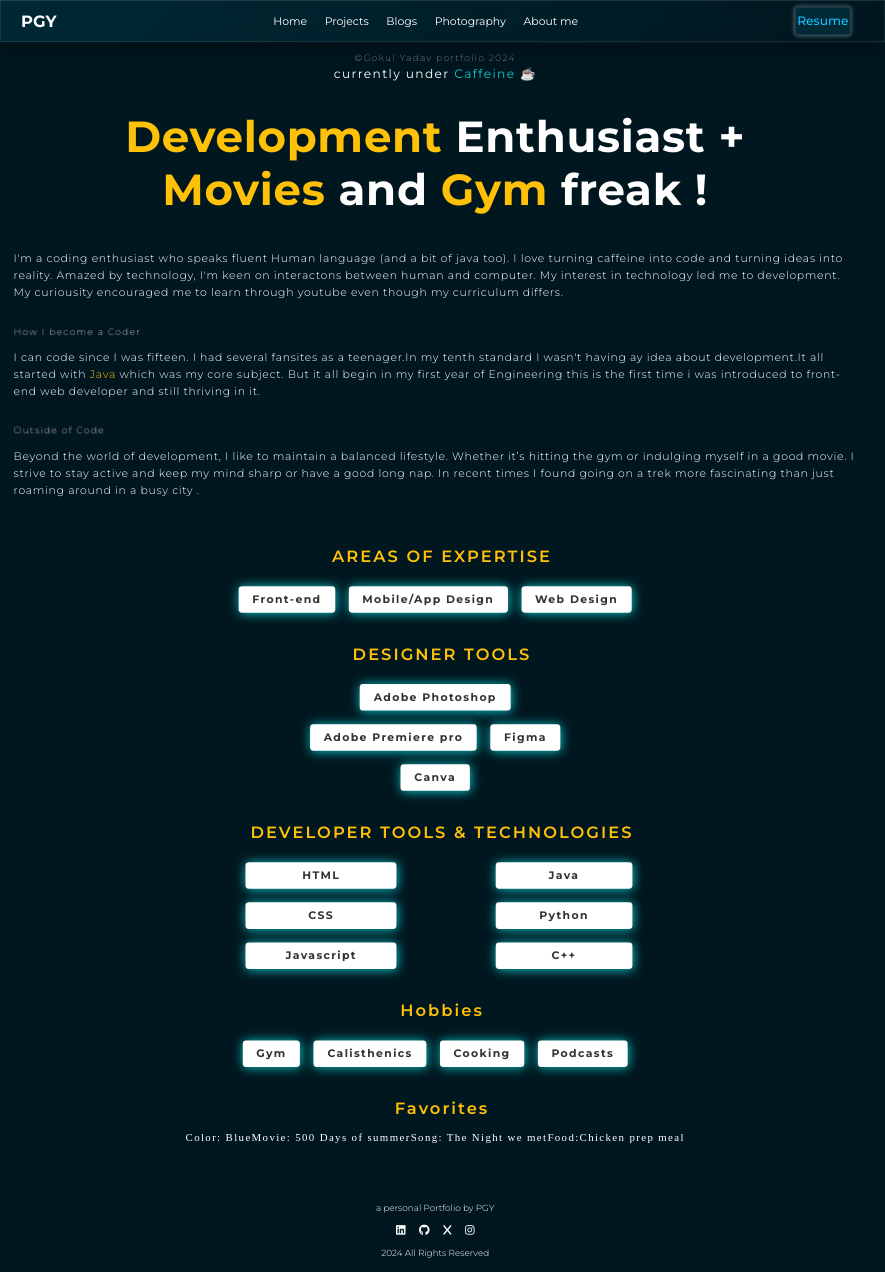
Repository: pgyunknown/pgyunknown
Page: aboutme.html
The author's editor kept a copy of each file at every save. The page is drawn from the files as they stood at one save, then again after a run of saves.
The browser window is 1280 px wide. The page is 1302 px wide, so the pictures cover 1302 px, including what lies to the right of the window. The pictures show the whole page, at 68% of full size.
Some web libraries are served in a nearby version.

Above is the page before, as saved 2024-08-25 14:46:45.

### aboutme.html
<!DOCTYPE html>
<html lang="en">
<head>
    <meta charset="UTF-8">
    <meta name="viewport" content="width=device-width, initial-scale=1.0">
    <title>Personal portfolio</title>
    <link rel="stylesheet" href="aboutme.css">
    <link rel="preconnect" href="https://fonts.googleapis.com">
<link rel="preconnect" href="https://fonts.gstatic.com" crossorigin>
<link href="https://fonts.googleapis.com/css2?family=Libre+Baskerville:ital,wght@0,400;0,700;1,400&family=Montserrat:ital,wght@0,100..900;1,100..900&family=Titillium+Web:ital,wght@0,200;0,300;0,400;0,600;0,700;0,900;1,200;1,300;1,400;1,600;1,700&display=swap" rel="stylesheet">
<link rel="stylesheet" href="https://cdnjs.cloudflare.com/ajax/libs/font-awesome/6.6.0/css/all.min.css" integrity="sha512-Kc323vGBEqzTmouAECnVceyQqyqdsSiqLQISBL29aUW4U/M7pSPA/gEUZQqv1cwx4OnYxTxve5UMg5GT6L4JJg==" crossorigin="anonymous" referrerpolicy="no-referrer" />
</head>
<body>

    <header class="h">
        <div class="pgy_con">
                <div class="pgy"><a href="#">PGY</a></div>
        </div>
        <nav>
                <div class="nav_bar">
                <a href="index.html" id="home">Home</a>
                <a href="project.html"id="projects">Projects</a>
                <a href="blog.html"id="blogs">Blogs</a>
                <a href="photography.html"id="photo">Photography</a>
                <a href="aboutme.html"id="About">About me</a>
                </div>
            </nav>
        <div class="resume_con">
                <button onclick="alert('Resume yet to be uploaded')">Resume</button>
        </div>
    </header>

    <main>
        <div class="caption">
        <div class="caption1"><p><span>&#169;</span>Gokul Yadav portfolio 2024</p></div>
        <div class="caption2"><p>currently under <span>Caffeine</span> &#9749</p></div>
    </div>

    <div class="about">
        <div class="about1"><h1><span>Development</span> Enthusiast +</h1></div>
        <div class="about2"><h1><span>Movies</span> and <span>Gym</span> freak !</h1></div>
    </div>

    <div class="aboutme">
        <p>I'm a coding enthusiast who speaks fluent Human language (and a bit of java too). I love turning caffeine into code and turning ideas into reality. Amazed by technology, I'm keen on interactons between human and computer. My interest in technology led me to development. My curiousity encouraged me to learn through youtube even though my curriculum differs.</p><br><br>
        <h5>How I become a Coder</h5><br>
        <p>I can code since I was fifteen. I had several fansites as a teenager.In my tenth standard I wasn't having ay idea about development.It all started with <span>Java</span> which was my core subject. But it all begin  in my first year of Engineering this is the first time i was introduced to front-end web developer and still thriving in it.</p><br><br>
        <h5>Outside of Code</h5><br>
        <p>Beyond the world of development, I like to maintain a balanced lifestyle. Whether it’s hitting the gym or indulging myself in a good movie. I strive to stay active and keep my mind sharp or have a good long nap. In recent times I found going on a trek more fascinating than just roaming around in a  busy city .</p>

    </div>

    <div class="container">
        <div class="heading">
            <h1>AREAS OF EXPERTISE</h1>
        </div>
        <div class="areas">
            <ul>
                <li>Front-end</li>
                <li>Mobile/App Design</li>
                <li>Web Design</li>
            </ul>
        </div><br><br>
        <div class="heading">
            <h1>DESIGNER TOOLS</h1>
        </div>
        <div class="tools">
            <div class="column">
                <ul>
                    <li>Adobe Photoshop</li>
                    <li>Adobe Premiere pro</li>
                    <li>Figma</li>
                    <li>Canva</li>
                </ul>
            </div>
            <!-- <div class="column">
                <ul>
                    <li>Adobe Illustrator</li>
                    <li>Adobe InDesign</li>
                    <li>FigJam</li>
                    <li>Zeplin</li>
                    <li>SketchUp</li>
                </ul>
            </div> -->
        </div><br><br>
        <div class="heading">
            <h1>DEVELOPER TOOLS & TECHNOLOGIES</h1>
        </div>
        <div class="technologies">
            <div class="column">
                <ul>
                    <li>HTML</li>
                    <li>CSS</li>
                    <li>Javascript</li>
                </ul>
            </div>
            <div class="column">
                <ul>
                    <li>Java</li>
                    <li>Python</li>
                    <li>C++</li>
                </ul>
            </div>
        </div><br><br>

                <div class="heading">
            <h1>Hobbies</h1>
        </div>
        <div class="areas">
            <ul>
                    <li>Gym</li>
                    <li>Calisthenics</li>
                    <li>Cooking</li>
                    <li>Podcasts</li>
            </ul>
        </div><br><br>

        <div class="heading">
            <h1>Favorites</h1>
        </div>
        <div class="fav">
            <ul>
                    <li>Color: Blue</li>
                    <li>Movie: 500 Days of summer</li>
                    <li>Song: The Night we met</li>
                    <li>Food:Chicken prep meal</li>
            </ul>
        </div><br><br>
    </main>

    <footer>
        <div class="footer_port">a personal Portfolio by PGY</div>
        <div class="footer_icons">
            <a href="https://www.linkedin.com/in/p-gokul-yadav-82548a295?utm_source=share&utm_campaign=share_via&utm_content=profile&utm_medium=android_app" alt="Gokul's linkedin profile" target="_blank"><i class="fa-brands fa-linkedin"></i></a>
            <a href="https://github.com/pgyunknown" alt="Gokul Github profile" target="_blank" alt="Gokul's Github profile" ><i class="fa-brands fa-github"></i></a>
            <a href=" https://x.com/cody_hunk?t=EkARfGCWhhBT_BHbby4DGw&s=08 " target="_blank" alt="Gokul's X profile" ><i class="fa-brands fa-x" ></i></a>
            <a href="#" target="_blank" alt="Gokul's fa-instagram profile" ><i class="fa-brands fa-instagram" ></i></a>
        </div>
        <div class="copyrights">2024 All Rights Reserved</div>
    </footer>

### aboutme.css
*{margin: 0px;
    padding: 0px;
}
body{
    background-color: #00171F;
    color: white;
    box-sizing: border-box;


}
a{
    text-decoration: none;
    color: inherit;
}

header{
    display: flex;
    justify-content: space-between;
    align-items: center;
    padding: 10px;
    /* Glassy effect */
    background: linear-gradient(135deg, rgba(0, 200, 255, 0.1), rgba(255, 255, 255, 0));
    backdrop-filter: blur(10px);
    -webkit-backdrop-filter: blur(10px);
    border:1px solid rgba(255, 255, 255, 0.18);
    box-shadow: 0 8px 32px 0 rgba(0, 0, 0, 0.37);
    overflow: hidden;
    position: sticky; /* Set the navbar to fixed position */
    top: 0; /* Position the navbar at the top of the page */
    height: 40px;
    width: 100%;
}

.pgy_con
{
    margin-left: 20px;
    font-family: "Montserrat", sans-serif;
    font-optical-sizing: auto;
    font-size: x-large;
    font-weight: 700;
    font-style: normal;
    align-items: end;

}

.pgy_con .pgy a{
    text-decoration: none;
}
.nav_bar {
        /* height: 50px; */
    width: 500px;
    display: flex;
    justify-content: space-evenly;
    transition-property: all;
    transition-timing-function: ease-in-out;
    transition-delay: 1s;
}

.nav_bar a{
    box-sizing: border-box;
    font-family: "Montserrat", sans-serif;
    font-optical-sizing: auto;
    font-weight: 400;
    font-style: normal;
    text-decoration: none;
    justify-content: space-around;
    align-items: center;
    padding-top:10px;
    padding-bottom :10px;
    /* padding-right:10px ;
    padding-left:10px ; */
}

.nav_bar a:hover{
    color: #FFC107;
    text-shadow: #FFC107 0px 0px  1px;
    border-bottom: 0.5px solid #FFC107;


}


.resume_con {
    display: flex;
    justify-content: center;
    margin-right: 20px;
    background-color: #00171F;
    margin-right: 40px;
}
.resume_con button{
    background-color:rgba(0, 200, 255, 0.1);
    box-sizing: content-box;
    height: 2.5rem;
    width: 5rem;
    font-family: "Montserrat", sans-serif;
    font-optical-sizing: auto;
    font-size: large;
    font-weight: 500;
    font-style: normal;
    color: #1ABEFF;
    border: 0.0001px solid #3c555f;
    border-radius: 0.3rem;
    box-shadow: 0px 0px 5px 2px #3c555f;

}

main{
    height: 100%;
    width: 100%;
    position: relative;
}
main .caption{
    line-height: 25px;
    letter-spacing: 2px;
    display: flex;
    flex-direction:column;
    justify-content: top;
    align-items: center;
    margin: 10px;
    padding-bottom: 30px;
    /* color: #1ABEFF;
    border: 0.0001px solid #3c555f;
    border-radius: 0.3rem;
    box-shadow: 0px 0px 5px 2px #3c555f; */

}

main .caption .caption1{
    font-family: "Montserrat", sans-serif;
    font-optical-sizing: auto;
    font-size: smaller;
    font-weight: 100;
    font-style: normal;
}

main .caption .caption2{
    font-family: "Montserrat", sans-serif;
    font-optical-sizing: auto;
    font-size: large;
    font-weight: 400;
    font-style: normal;
}

main .caption .caption2 span{
    color: #0ecad0;
}

main .about{
    display: flex;
    flex-direction:column;
    justify-content: top;
    align-items: center;
    margin: 10px;
    padding-bottom: 30px;
    letter-spacing: 1px;

    font-family: "Montserrat", sans-serif;
    font-optical-sizing: auto;
    font-size: xx-large;
    font-weight: 400;
    font-style: normal;
}

main .aboutme{
    margin: 20px;
}
main .about span{
    color: #FFC107;
}

main .aboutme h5{
    font-family: "Montserrat", sans-serif;
    font-optical-sizing: auto;
    font-size: light;
    font-weight: 100;
    font-style: normal;
    letter-spacing: 2px;
    text-shadow: 1px 1px 2px pink;
}
main .aboutme p{
    letter-spacing: 1px;
    line-height: 25px;

    font-family: "Montserrat", sans-serif;
    font-optical-sizing: auto;
    font-size: normal;
    font-weight: 300;
    font-style: normal;
}

main .aboutme span{
    color: #FFC107;
}

.container {
    width: 80%;
    margin: 0 auto;
    padding: 50px 0;
    text-align: center;
}
.heading {
    margin-bottom: 20px;
}
.heading h1 {
    letter-spacing: 3px;
    color: #FFC107;
    font-size: 24px;
    margin-left: 20px;
    font-family: "Montserrat", sans-serif;
    font-optical-sizing: auto;
    font-size: x-large;
    font-weight: 600;
    font-style: normal;
    align-items: end;

}
.areas ul,
.tools ul,
.technologies ul {
    list-style: none;
    padding: 0;
    margin: 0;
    display: flex;
    flex-direction: row;
    flex-wrap: wrap;
    justify-content: center;
    letter-spacing: 2px;

        /* font-size: 24px;
    margin-left: 20px; */
    font-family: "Montserrat", sans-serif;
    font-optical-sizing: auto;
    font-size: normal;
    font-weight: 700;
    font-style: bold;
}
.areas li,
.tools li,
.technologies li {
    background-color: #fff;
    padding: 10px 20px;
    margin: 10px;
    border-radius: 5px;
    color: #333;
    box-shadow: 1px 1px 15px #0ecad0;
}
.tools,
.technologies {
    display: flex;
    justify-content: center;
    align-items: center;
}
.tools .column,
.technologies .column li{
    width: 48%;
    display: flex;
    flex-direction: column;
}
.designed {
    margin-top: 50px;
    font-size: 14px;
    color: #666;
}

.fav ul{
        list-style: none;
    padding: 0;
    margin: 0;
    display: flex;
    flex-direction: row;
    flex-wrap: wrap;
    justify-content: center;
    letter-spacing: 2px;
}

.fav li{

}

footer{
    display: flex;
    flex-direction:column;
    justify-content: space-evenly;
    align-items: center;
    margin-bottom: 20px;

    font-family: "Montserrat", sans-serif;
    font-optical-sizing: auto;
    font-size: small;
    font-weight: 300;
    font-style: normal;
}

.footer_icons{
    display: flex;
    justify-content: center;
    align-items: center;
    width: 50px;
    height: 50px;
}



.copyrights{
    display: flex;
    justify-content: center;
    align-items: center;
}

.footer_icons a{
font-size: medium;
padding: 10px;
width: 50px;
height: 50px;
display: flex;
justify-content: center;
align-items: center;

}

After the next 2 saves:
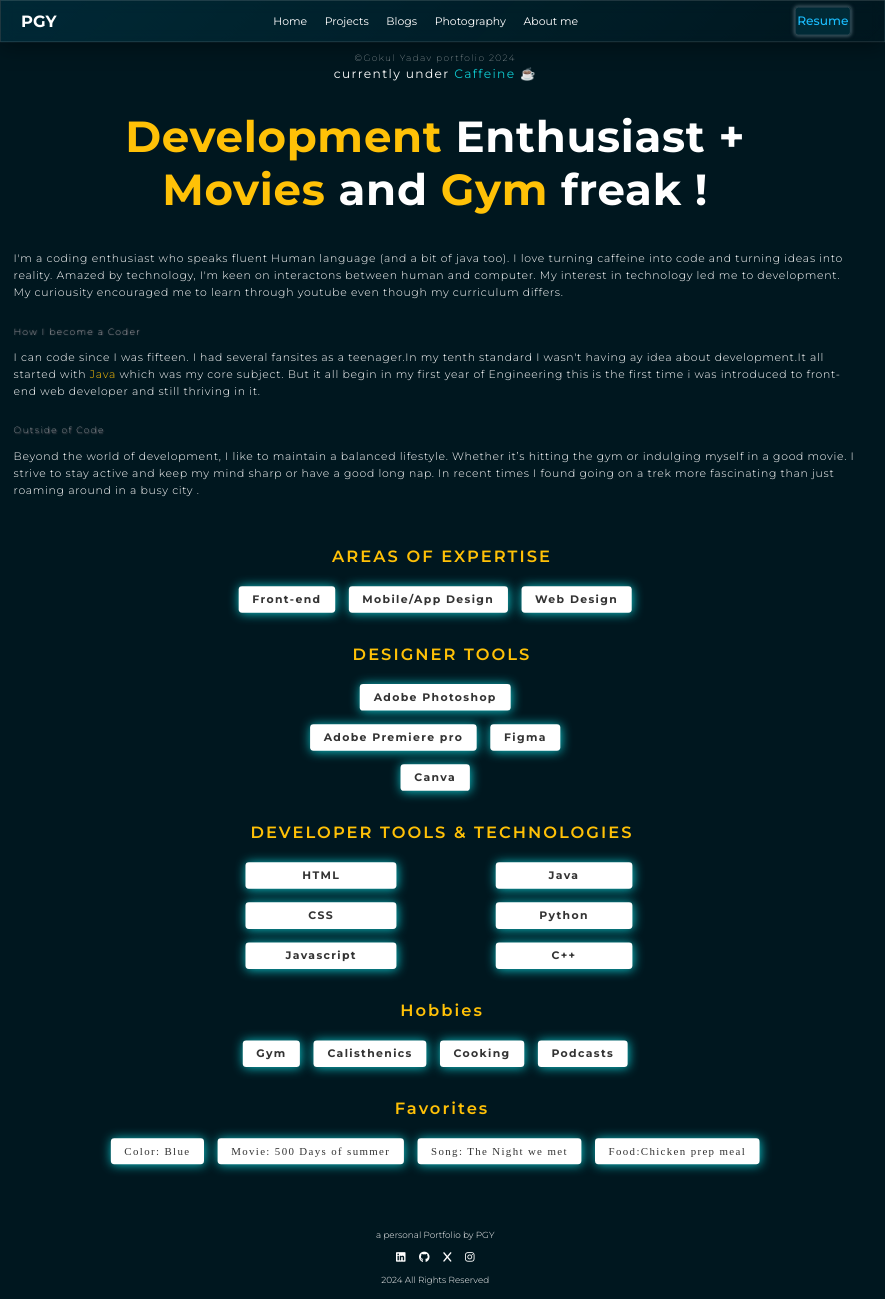
The 2 saves are shown as one change because they came seconds apart.
The last was saved 9 s later.
--- a/aboutme.css
+++ b/aboutme.css
@@ -274,8 +274,14 @@ main .aboutme span{
 }
 
 .fav li{
-
-}
+        background-color: #fff;
+    padding: 10px 20px;
+    margin: 10px;
+    border-radius: 5px;
+    color: #333;
+    box-shadow: 1px 1px 15px #0ecad0;
+}
+
 
 footer{
     display: flex;
